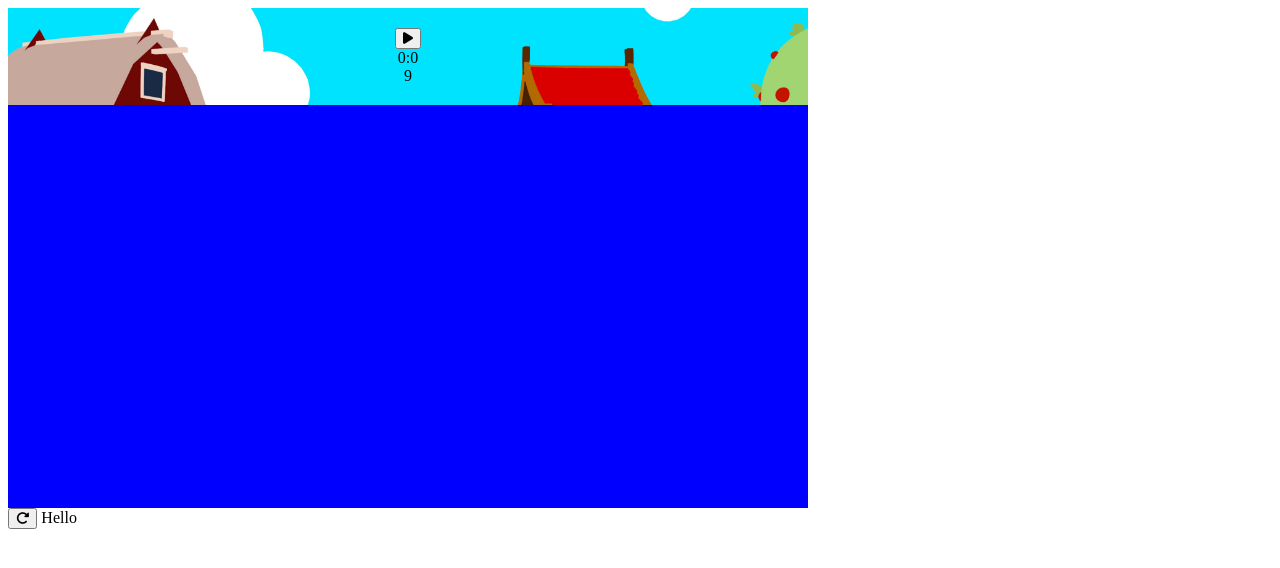
Repository: yoon-dh/JS_Prac
Page: carrot_game/index.html
An editor plug-in stored every save of this project. The page is shown before and after the next save, followed by the edit.
The browser window is 1280 px wide. The pictures show the whole page.
Some web libraries are served in a nearby version.

Above is the page before, as saved 2023-06-23 21:46:24.

After the next save:
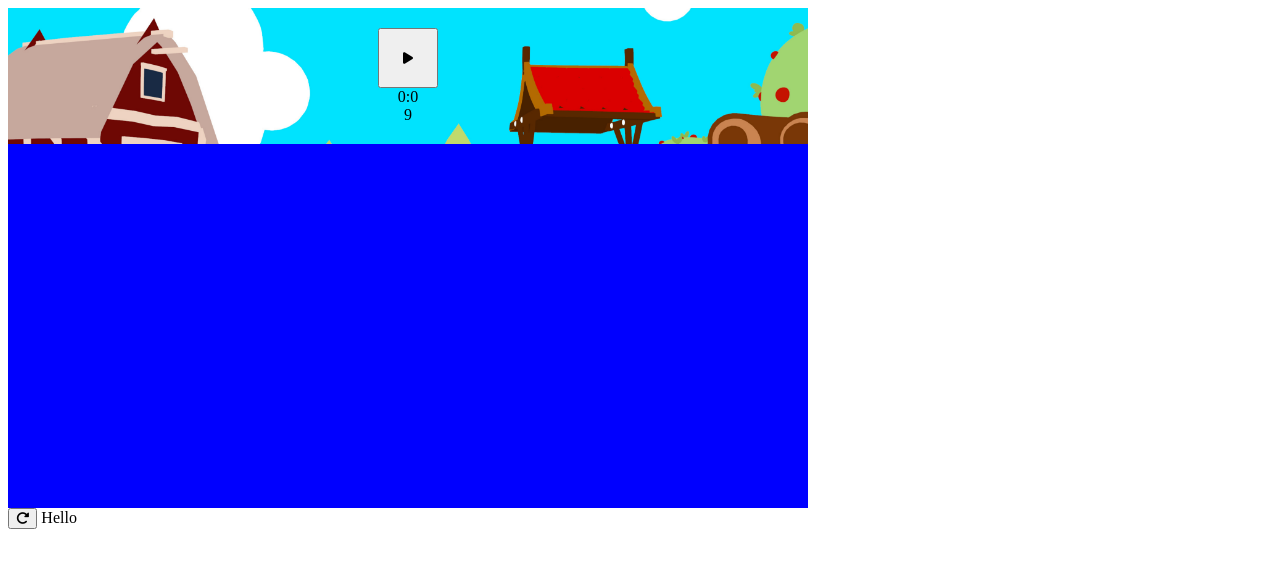
Saved 19 s later.
--- a/carrot_game/style.css
+++ b/carrot_game/style.css
@@ -13,6 +13,11 @@
   align-items: center;
 }
 
+.game__button {
+  width: 60px;
+  height: 60px;
+}
+
 .game__field {
   width: 100%;
   height: 100%;
